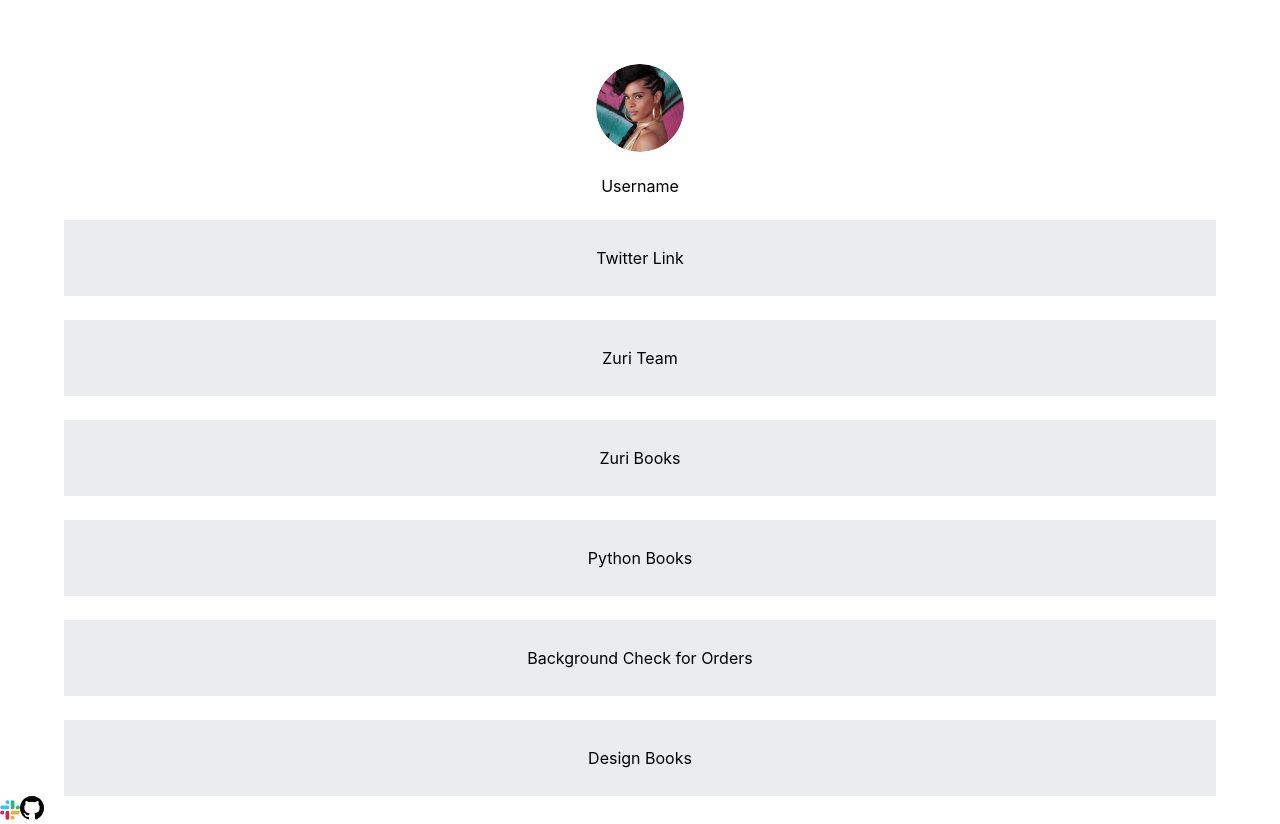
Repository: uh-sman/Zuri-task-one
Page: /
An editor plug-in stored every save of this project. The page is shown before and after the next save, followed by the edit.
The browser window is 1280 px wide. The pictures show the whole page.
The project was rebuilt for these pictures with package versions that can differ from the ones it lists, and the page was loaded fresh each time.

Above is the page before, as saved 2022-10-23 19:40:21.

### src/App.js
import "./App.css";
import Home from "./Components/Home";

function App() {
  return (
    <div className="App">
      <Home />
    </div>
  );
}

export default App;

### src/Components/Home.js
import React from "react";
import Body from "./Body";

import Dashboard from "./Dashboard";
const Home = () => {
  return (
    <div>
      <Dashboard />
      <Body />
    </div>
  );
};

export default Home;

### src/Components/Body.js
import { useState } from "react";
import "./body.css";
import github from "./assets/Icon.png";
import slack from "./assets/slack.png";
import { data } from "../dummy";
const Body = () => {
  //   const [data, setData] = useState([]);

  return (
    <div>
      {data.map(({ id, title, description, link }) => (
        <div key={id} className="body-container">
          <div className="box">
            <a>{title}</a>
          </div>
        </div>
      ))}
      <div className="icons">
        <img src={slack} />
        <img src={github} />
      </div>
    </div>
  );
};

export default Body;

### src/Components/Dashboard.js
import React from "react";
import profile from "./assets/profile.png";
import "./dashboard.css";
const Dashboard = () => {
  return (
    <div className="dashboard">
      <div className="dashboard-container">
        <img className="image" src={profile} />
        <div className="text-section">
          <p>Username{}</p>
        </div>
      </div>
    </div>
  );
};

export default Dashboard;

### src/Components/body.css
.body-container {
  display: flex;
  flex-direction: column;
  align-items: center;
  padding: 0px;
  /* margin-top: 56px; */
  /* gap: 24px; */
  /* isolation: isolate; */
}
.box {
  display: flex;
  flex-direction: column;
  justify-content: center;
  align-items: center;
  padding: 24px 32px;
  /* gap: 8px; */
  margin-top: 24px;
  background-color: #eaecf0;
  width: 1152px;
  height: 76px;
}

### src/dummy.js
export const data = [
  {
    id: "",
    title: "Twitter Link",
    link: "",
  },
  {
    id: "btn_zuri",
    title: "Zuri Team",
    description: "",
    link: "https://training.zuri.team/",
  },
  {
    id: "books",
    title: "Zuri Books",
    description: "",
    link: "http://books.zuri.team ",
  },
  {
    id: " book_python",
    title: "Python Books",
    description: "https://books.zuri.team",
    link: "",
  },
  {
    id: "pitch",
    title: "Background Check for Orders",
    description: "",
    link: " https://background.zuri.team",
  },
  {
    id: "book__design",
    title: "Design Books",
    description: "",
    link: "https://books.zuri.team/design-rules",
  },
];

### src/Components/dashboard.css
/* .dashboard {
  background-color: red;
  width: 100px;
  height: 100px;
} */
.dashboard-container {
  display: flex;
  flex-direction: column;
  justify-content: center;
  margin: auto;
  align-items: center;
}
.image {
  height: 88px;
  width: 88px;
  left: 532px;
  top: 0px;
  border-radius: 275px;
  margin-top: 64px;
}
.text-section {
  margin-top: 24px;
}

Loaded but not shown: public/index.html (common file); src/index.js (common file); src/index.css (common file); src/reportWebVitals.js (common file); src/App.css (common file)

After the next save:
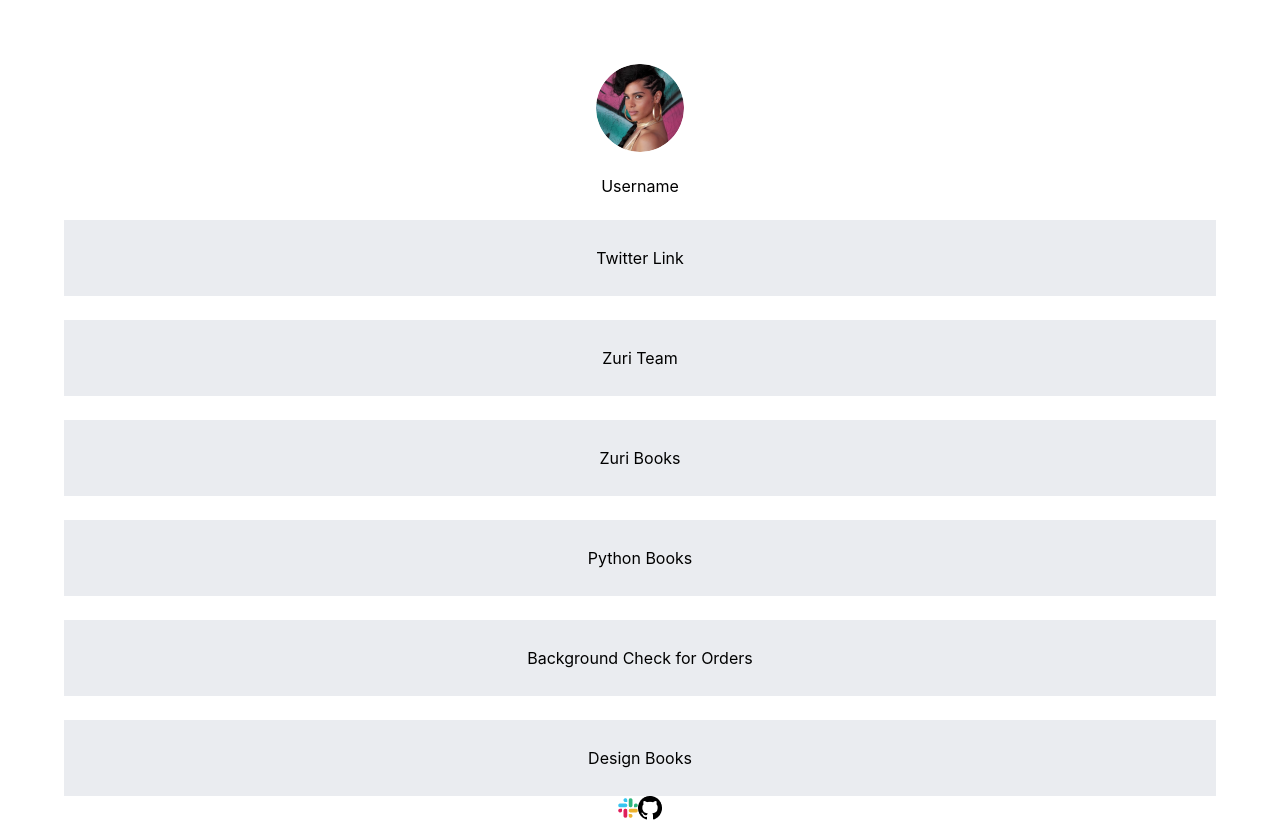
Saved 44 s later.
--- a/src/Components/body.css
+++ b/src/Components/body.css
@@ -19,3 +19,8 @@
   width: 1152px;
   height: 76px;
 }
+.icons {
+  display: flex;
+  justify-content: center;
+  align-items: center;
+}
